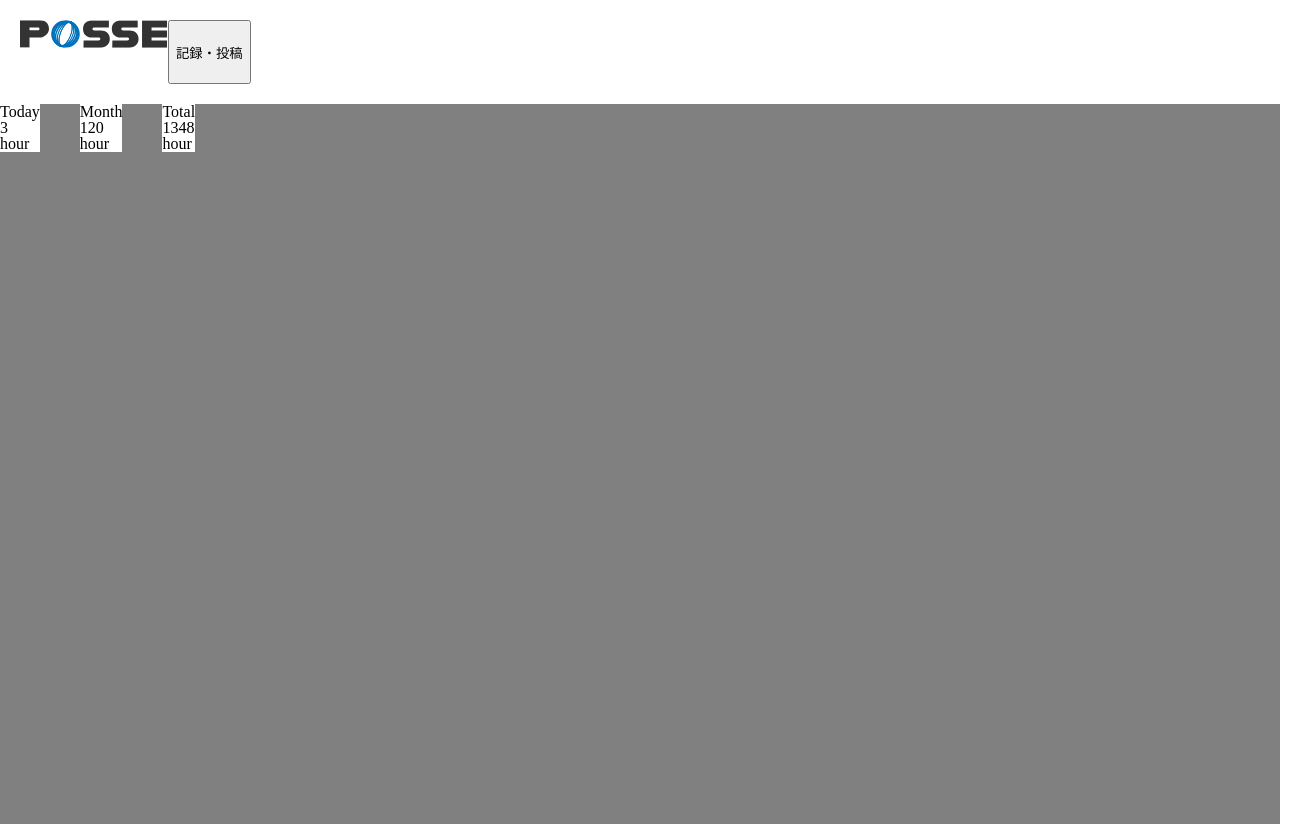
Repository: posse-ap/gen3.0-minorrrrr0417
Page: webapp-ph1/toppage/index.html
The author's editor kept a copy of each file at every save. The page is drawn from the files as they stood at one save, then again after a run of saves.
The browser window is 1280 px wide. The page is 1300 px wide, so the pictures cover 1300 px, including what lies to the right of the window. The pictures show the whole page.

Above is the page before, as saved 2022-10-08 15:53:48.

After the next 2 saves:
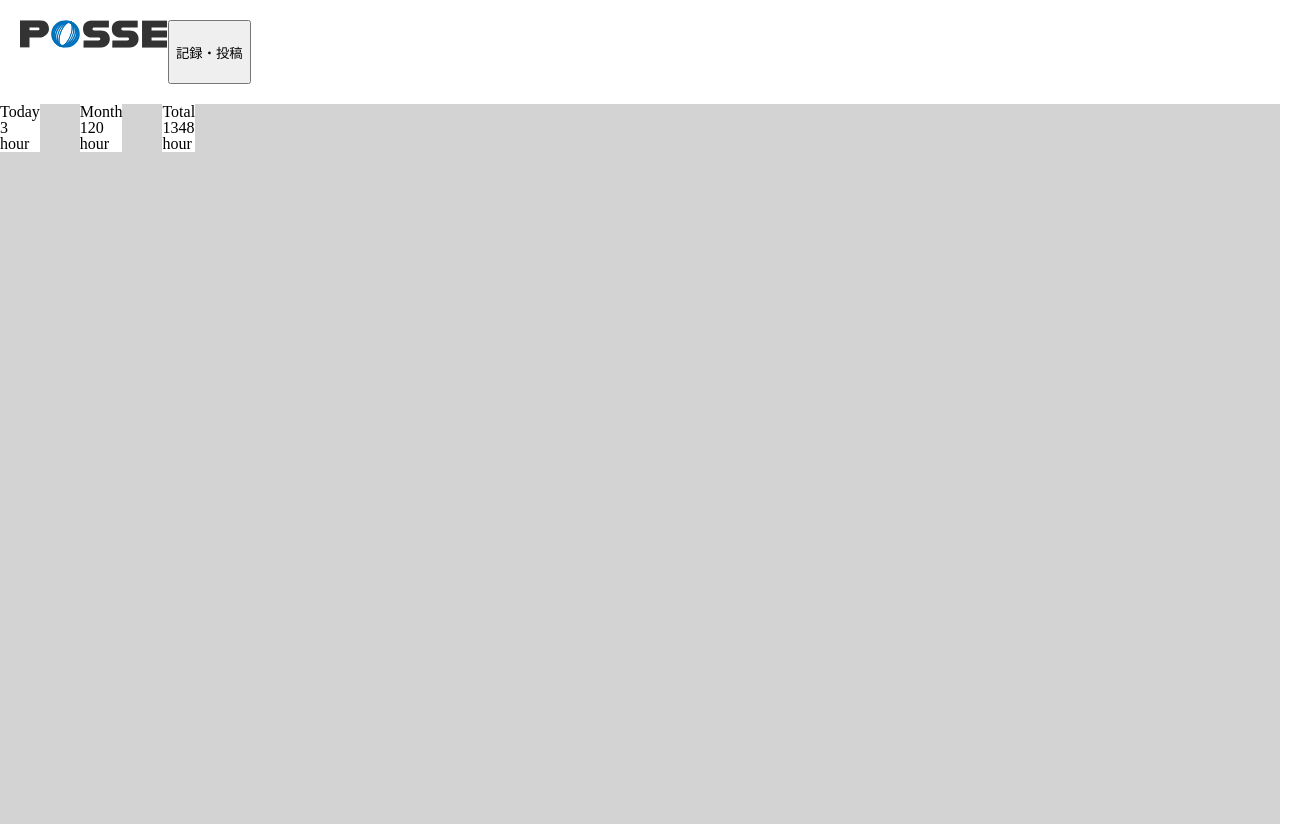
The 2 saves are shown as one change because they came seconds apart.
The last was saved 13 s later.
--- a/webapp-ph1/toppage/style.css
+++ b/webapp-ph1/toppage/style.css
@@ -5,7 +5,7 @@
   margin: 20px;
 }
 .contents_wrapper{
-  background-color:#808080;
+  background-color:#d3d3d3;
   height: 100vh;
 }
 .top_data_wrapper{
